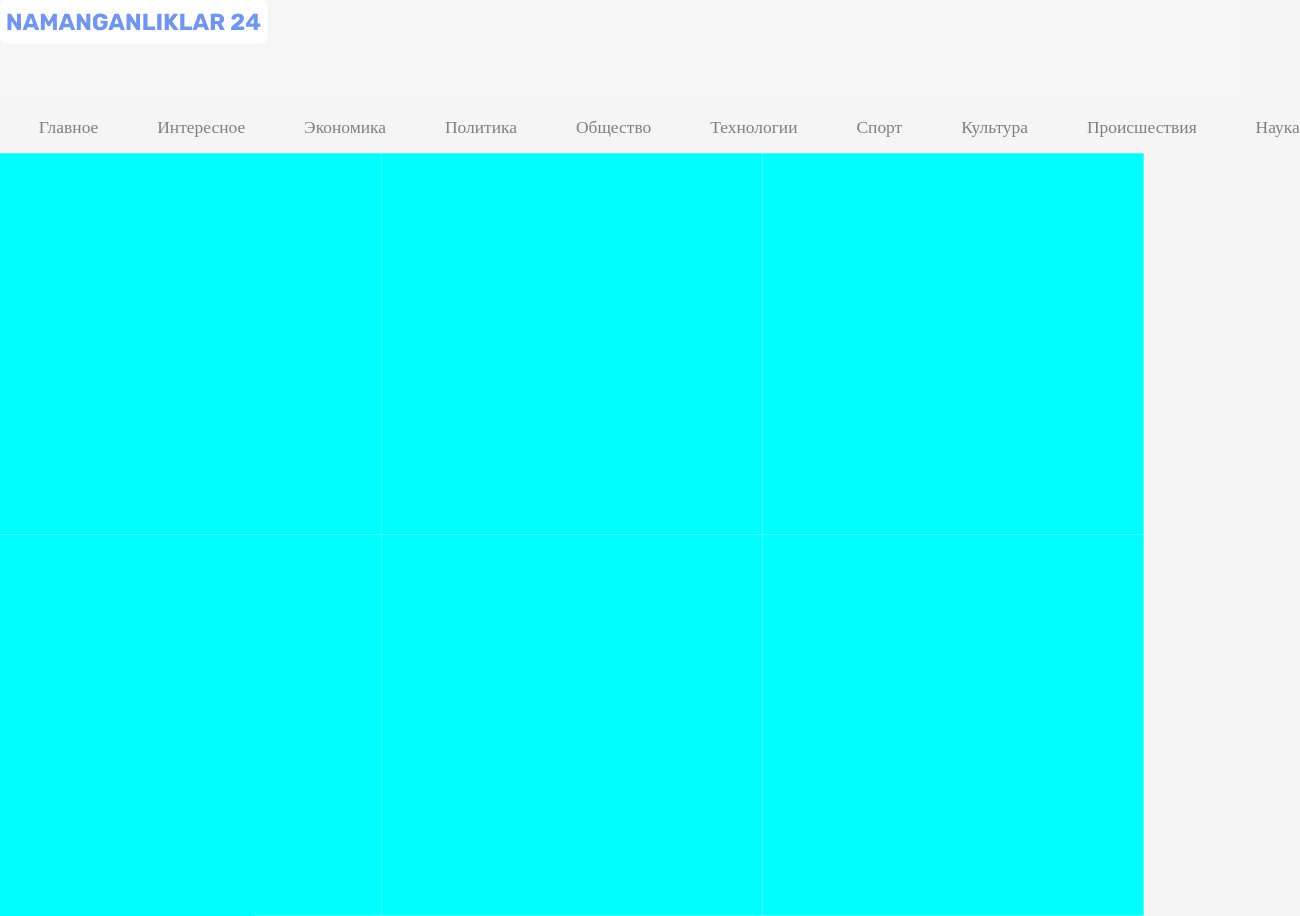
Repository: UlugbekAbdurasulov/projekt
Page: index.html
An editor plug-in stored every save of this project. The page is shown before and after the next save, followed by the edit.
The browser window is 1280 px wide. The page is 1340 px wide, then 1280 px, so the pictures cover 1340 px, including what lies to the right of the window. The pictures show the whole page, at 97% of full size.

Above is the page before, as saved 2023-05-29 16:22:01.

After the next save:
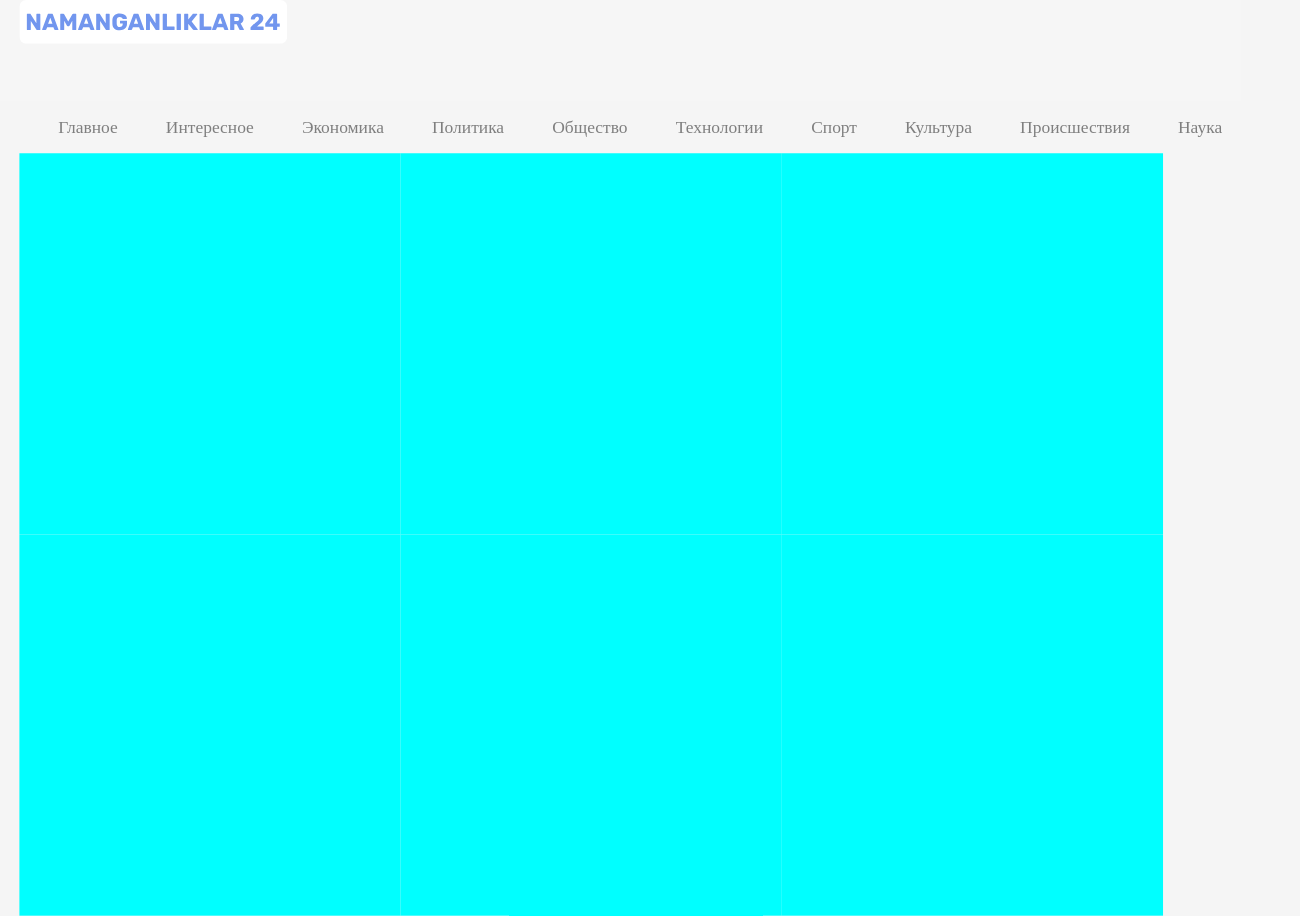
Saved 10 s later.
--- a/css/main.css
+++ b/css/main.css
@@ -10,7 +10,7 @@ body {
     background-color: #f5f5f5;
   }
   .container {
-    width: 1340px;
+    width: 1240px;
     margin: 0px auto;
     padding: 0;
   }
